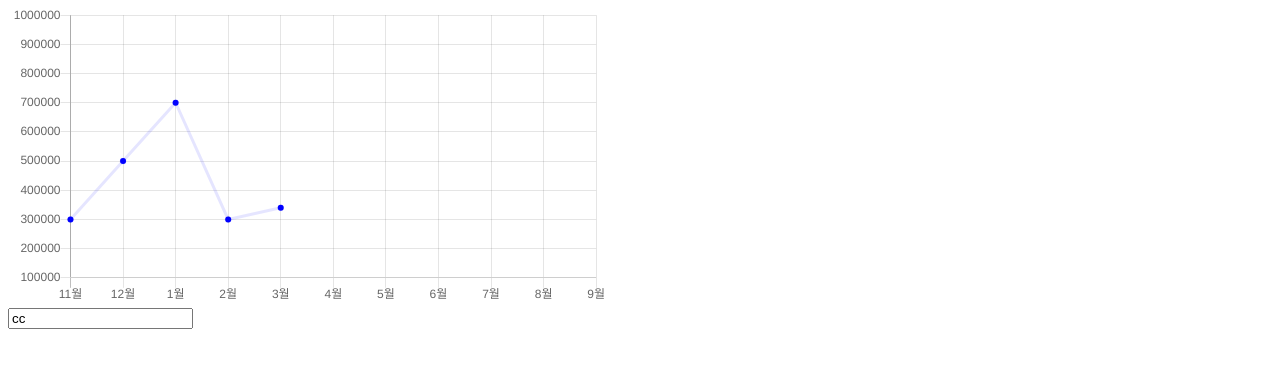
Repository: Hugh-KR/AccountBook
Page: http://localhost/Account_Book/NewFile.jsp
These files come from the project's save history. The page is drawn as it stood at one moment and after the next save; the edit follows.
The browser window is 1280 px wide. The pictures show the whole page.
The page is served by Tomcat 9. Nobody is signed in. The application's start-up code is not run.

Above is the page before, as saved 2022-12-01 07:38:56.

After the next save:
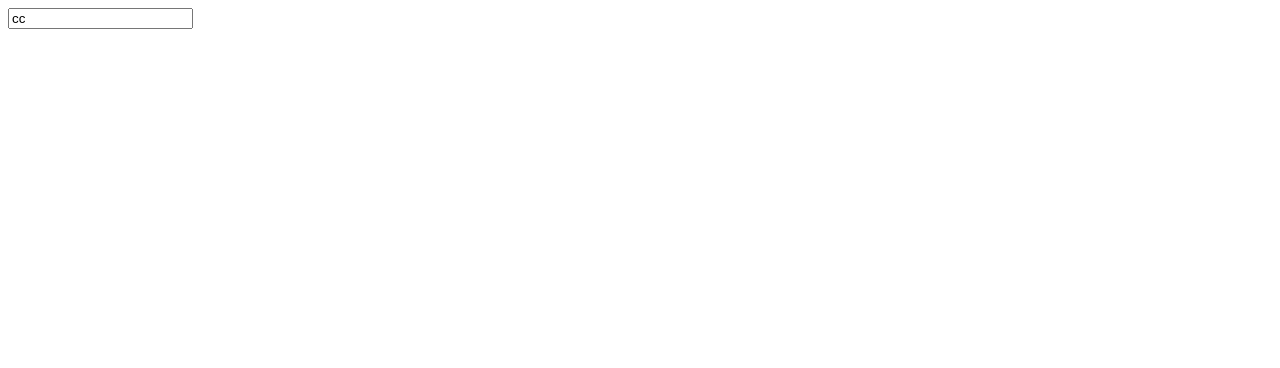
Saved 32 s later.
--- a/Account_Book/src/main/webapp/NewFile.jsp
+++ b/Account_Book/src/main/webapp/NewFile.jsp
@@ -14,34 +14,7 @@
 </head>
 <body>
 
-<canvas id="myChart" style="width:100%;max-width:600px"></canvas>
 
-<script>
-var xValues = [11+"월",12+"월",1+"월",2+"월",3+"월",4+"월",5+"월",6+"월",7+"월",8+"월",9+"월"];
-var yValues = [300000,500000,700000,300000,340000];
-
-new Chart("myChart", {
-  type: "line",
-  data: {
-    labels: xValues,
-    datasets: [{
-      fill: false,
-      lineTension: 0,
-      backgroundColor: "rgba(0,0,255,1.0)",
-      borderColor: "rgba(0,0,255,0.1)",
-      data: yValues
-    }]
-  },
-  options: {
-    legend: {display: false},
-    scales: {
-      yAxes: [{ticks: {min: 100000, max:1000000}}],
-    }
-  }
-});
-
-
-</script>
 	<input id = "month" name="month1" value="cc"/>
 
 </body>

After the save that followed:
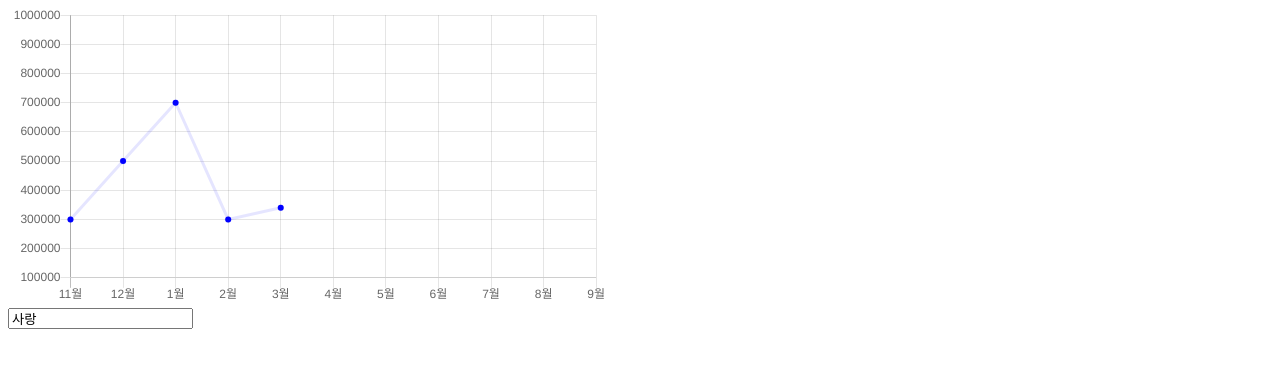
Saved 2 min 16 s later.
--- a/Account_Book/src/main/webapp/NewFile.jsp
+++ b/Account_Book/src/main/webapp/NewFile.jsp
@@ -8,14 +8,43 @@
 <script src="//code.jquery.com/jquery-3.3.1.min.js"></script>
 <script src="https://cdnjs.cloudflare.com/ajax/libs/Chart.js/2.9.4/Chart.js"></script>
 <script>
-$('#month').attr("value", "사랑");
+$(document).ready(function(){
+	$('#month').attr("value", "사랑");
+});
 </script>
 
 </head>
 <body>
 
+<canvas id="myChart" style="width:100%;max-width:600px"></canvas>
 
-	<input id = "month" name="month1" value="cc"/>
+<script>
+var xValues = [11+"월",12+"월",1+"월",2+"월",3+"월",4+"월",5+"월",6+"월",7+"월",8+"월",9+"월"];
+var yValues = [300000,500000,700000,300000,340000];
+
+new Chart("myChart", {
+  type: "line",
+  data: {
+    labels: xValues,
+    datasets: [{
+      fill: false,
+      lineTension: 0,
+      backgroundColor: "rgba(0,0,255,1.0)",
+      borderColor: "rgba(0,0,255,0.1)",
+      data: yValues
+    }]
+  },
+  options: {
+    legend: {display: false},
+    scales: {
+      yAxes: [{ticks: {min: 100000, max:1000000}}],
+    }
+  }
+});
+
+
+</script>
+	<input id = "month" name="month1" value=""/>
 
 </body>
 </html>
